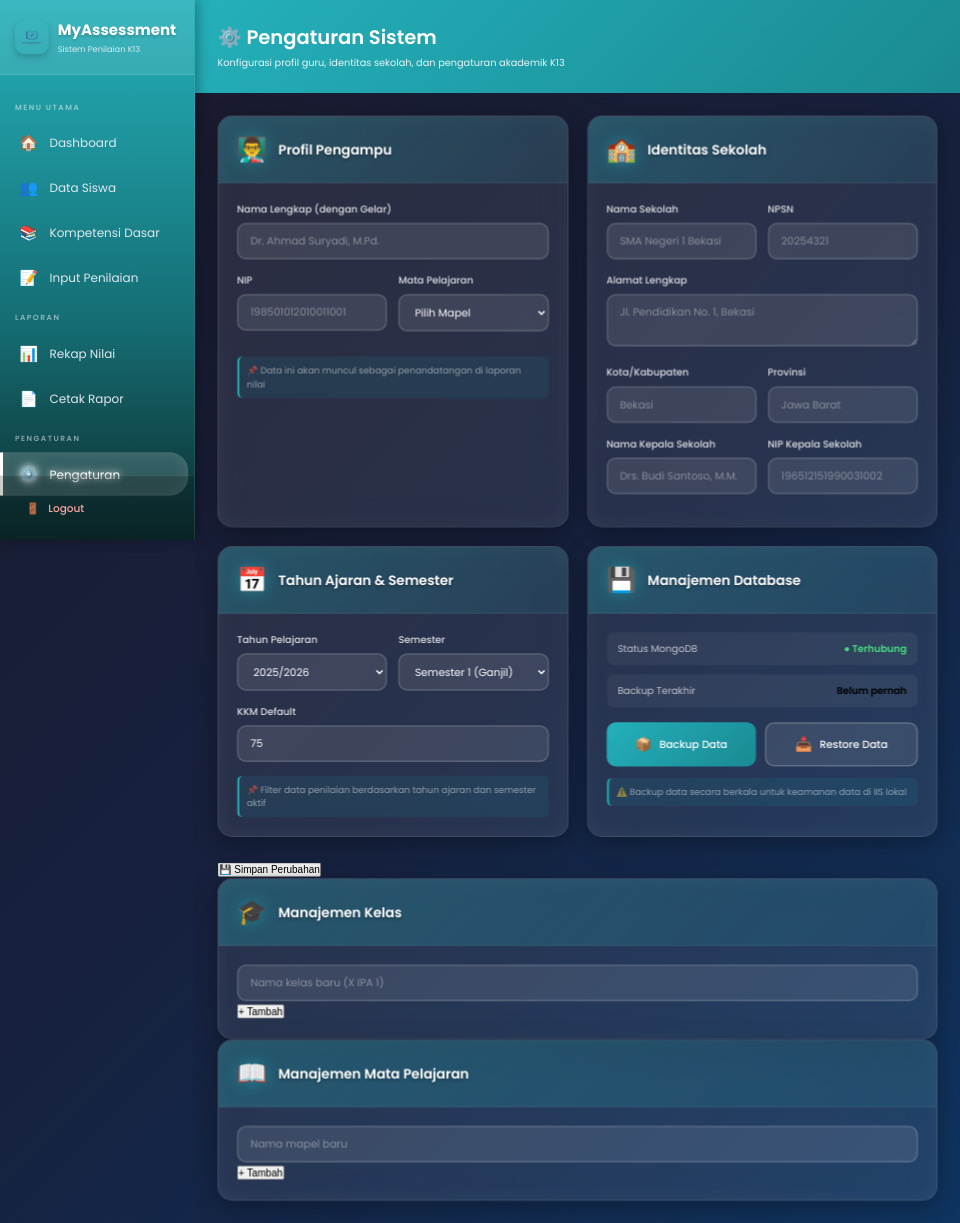
Repository: Ws529/MyAssassment_Final
Page: MyAssessment/wwwroot/pengaturan.html
These files come from the project's save history. The page is drawn as it stood at one moment and after the next save; the edit follows.
The browser window is 1280 px wide. The pictures show the whole page, at 75% of full size.

Above is the page before, as saved 2026-01-01 16:46:49.

After the next save:
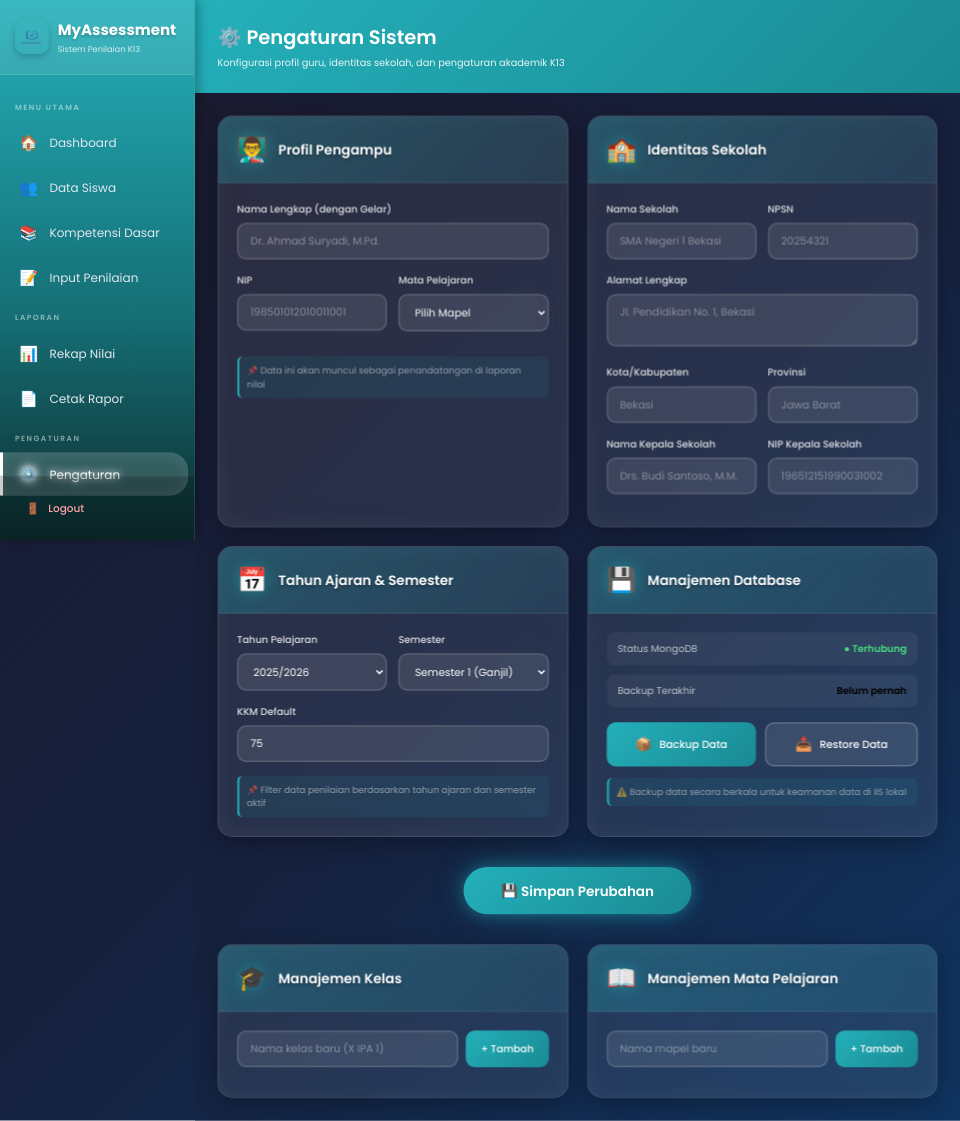
Saved 24 s later.
--- a/MyAssessment/wwwroot/pengaturan.html
+++ b/MyAssessment/wwwroot/pengaturan.html
@@ -328,3 +328,104 @@
         .btn-restore { background: rgba(255, 255, 255, 0.1); color: #fff; border: 2px solid rgba(255, 255, 255, 0.2); }
         .btn-restore:hover { background: rgba(255, 255, 255, 0.15); border-color: #24b0ba; }
         .btn-icon { font-size: 18px; }
+
+        /* Neon Save Button */
+        .save-section { text-align: center; margin: 40px 0; }
+        .btn-neon-save {
+            position: relative;
+            padding: 18px 50px;
+            font-size: 18px;
+            font-weight: 600;
+            color: #fff;
+            background: linear-gradient(135deg, #24b0ba, #1a8a93);
+            border: none;
+            border-radius: 50px;
+            cursor: pointer;
+            overflow: hidden;
+            font-family: 'Poppins', sans-serif;
+            transition: all 0.3s;
+            box-shadow: 0 0 20px rgba(36, 176, 186, 0.4), 0 0 40px rgba(36, 176, 186, 0.2), 0 0 60px rgba(36, 176, 186, 0.1);
+        }
+        .btn-neon-save:hover {
+            transform: translateY(-3px) scale(1.02);
+            box-shadow: 0 0 30px rgba(36, 176, 186, 0.6), 0 0 60px rgba(36, 176, 186, 0.4), 0 0 90px rgba(36, 176, 186, 0.2), 0 10px 40px rgba(0, 0, 0, 0.3);
+        }
+        .btn-neon-save:active { transform: translateY(-1px) scale(0.98); }
+        .btn-glow {
+            position: absolute;
+            top: 0; left: -100%;
+            width: 100%; height: 100%;
+            background: linear-gradient(90deg, transparent, rgba(255,255,255,0.3), transparent);
+            animation: glowSweep 3s infinite;
+        }
+        @keyframes glowSweep { 0% { left: -100%; } 50%, 100% { left: 100%; } }
+        .btn-text { position: relative; z-index: 1; }
+
+        /* Management Section */
+        .management-section { display: grid; grid-template-columns: 1fr 1fr; gap: 25px; margin-top: 30px; }
+        .glass-card.half { height: fit-content; }
+        .add-form { display: flex; gap: 10px; margin-bottom: 15px; }
+        .add-form .form-control { flex: 1; }
+        .btn-add {
+            padding: 12px 20px;
+            background: linear-gradient(135deg, #24b0ba, #1a8a93);
+            color: white;
+            border: none;
+            border-radius: 12px;
+            font-weight: 500;
+            cursor: pointer;
+            transition: all 0.3s;
+            font-family: 'Poppins', sans-serif;
+            white-space: nowrap;
+        }
+        .btn-add:hover { transform: translateY(-2px); box-shadow: 0 5px 20px rgba(36, 176, 186, 0.4); }
+        .list-container { max-height: 250px; overflow-y: auto; }
+        .list-item {
+            display: flex;
+            justify-content: space-between;
+            align-items: center;
+            padding: 12px 15px;
+            background: rgba(255, 255, 255, 0.05);
+            border-radius: 10px;
+            margin-bottom: 8px;
+            border: 1px solid rgba(255, 255, 255, 0.1);
+            transition: all 0.3s;
+        }
+        .list-item:hover { background: rgba(255, 255, 255, 0.1); border-color: rgba(36, 176, 186, 0.3); }
+        .list-item-text { color: #fff; font-size: 14px; font-weight: 500; }
+        .btn-delete {
+            padding: 6px 12px;
+            background: rgba(239, 68, 68, 0.2);
+            color: #ef4444;
+            border: 1px solid rgba(239, 68, 68, 0.3);
+            border-radius: 8px;
+            font-size: 12px;
+            cursor: pointer;
+            transition: all 0.3s;
+        }
+        .btn-delete:hover { background: #ef4444; color: white; }
+
+        /* Message */
+        .message { padding: 15px 20px; border-radius: 12px; margin-bottom: 20px; display: none; font-size: 14px; backdrop-filter: blur(10px); }
+        .message.success { background: rgba(74, 222, 128, 0.2); color: #4ade80; border: 1px solid rgba(74, 222, 128, 0.3); display: block; }
+        .message.error { background: rgba(239, 68, 68, 0.2); color: #ef4444; border: 1px solid rgba(239, 68, 68, 0.3); display: block; }
+
+        /* Responsive */
+        @media (max-width: 1200px) { .settings-grid, .management-section { grid-template-columns: 1fr; } }
+        @media (max-width: 992px) {
+            .sidebar { width: 70px; }
+            .sidebar-header h2, .sidebar-header span, .menu-label, .menu-item span { display: none; }
+            .main-content { margin-left: 70px; }
+        }
+        @media (max-width: 768px) {
+            .sidebar { display: none; }
+            .main-content { margin-left: 0; }
+            .form-row { grid-template-columns: 1fr; }
+            .backup-actions { flex-direction: column; }
+        }
+
+        /* Scrollbar */
+        .list-container::-webkit-scrollbar { width: 6px; }
+        .list-container::-webkit-scrollbar-track { background: rgba(255,255,255,0.05); border-radius: 3px; }
+        .list-container::-webkit-scrollbar-thumb { background: rgba(36, 176, 186, 0.5); border-radius: 3px; }
+    </style>
